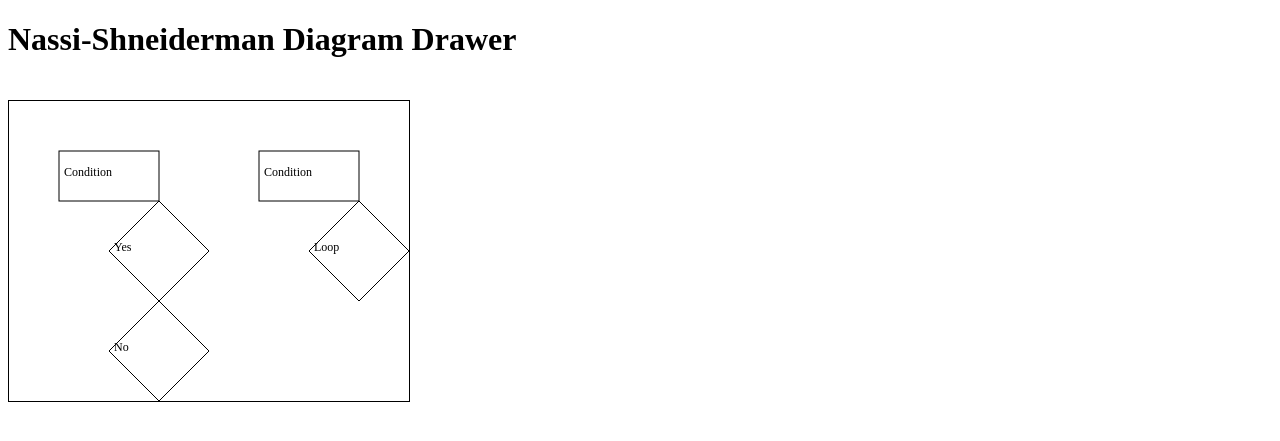
Repository: fabsch225/Nassi-Shneiderman-Compiler
Page: demo.html
The author's editor kept a copy of each file at every save. The page is drawn from the files as they stood at one save, then again after the next save.
The browser window is 1280 px wide. The pictures show the whole page.

Above is the page before, as saved 2024-05-15 21:02:34.

After the next save:
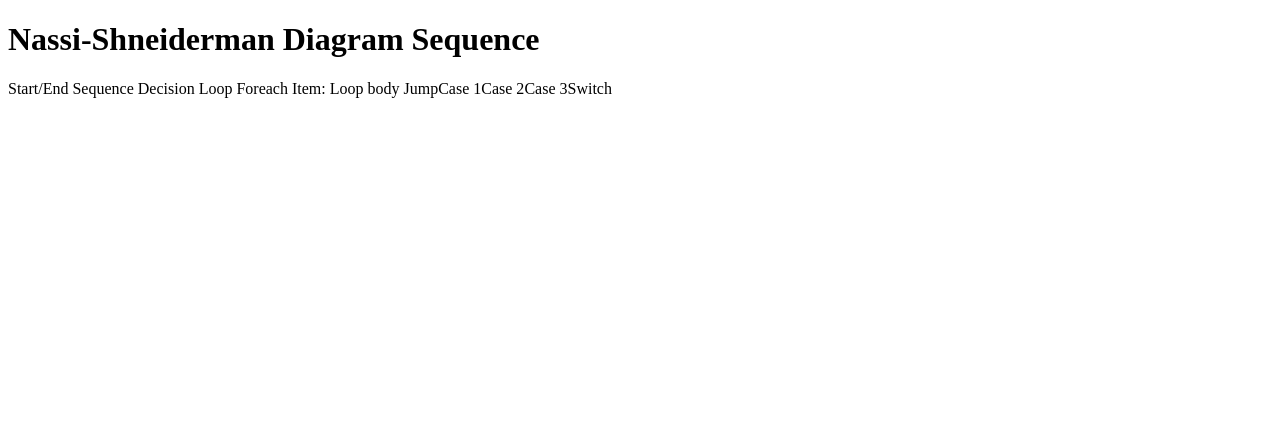
Saved 3 min 21 s later.
--- a/demo.html
+++ b/demo.html
@@ -3,7 +3,7 @@
 <head>
 <meta charset="UTF-8">
 <meta name="viewport" content="width=device-width, initial-scale=1.0">
-<title>Nassi-Shneiderman Diagram Drawer</title>
+<title>Nassi-Shneiderman Diagram Sequence</title>
 <style>
     svg {
         border: 1px solid black;
@@ -12,61 +12,93 @@
 </style>
 </head>
 <body>
-<h1>Nassi-Shneiderman Diagram Drawer</h1>
-<svg id="canvas" width="400" height="300"></svg>
+<h1>Nassi-Shneiderman Diagram Sequence</h1>
+<div id="canvas"></div>
+
 <script>
-    function drawBox(x, y, width, height, text) {
-        var rect = document.createElementNS("http://www.w3.org/2000/svg", "rect");
-        rect.setAttribute("x", x);
-        rect.setAttribute("y", y);
-        rect.setAttribute("width", width);
-        rect.setAttribute("height", height);
-        rect.setAttribute("stroke", "black");
-        rect.setAttribute("fill", "white");
-
-        var textElem = document.createElementNS("http://www.w3.org/2000/svg", "text");
-        textElem.setAttribute("x", x + 5);
-        textElem.setAttribute("y", y + height / 2);
-        textElem.setAttribute("font-size", "12px");
-        textElem.textContent = text;
-
-        var svg = document.getElementById('canvas');
-        svg.appendChild(rect);
-        svg.appendChild(textElem);
+    function createStartEndBlock(x, y, width, height) {
+        return `<rect x="${x}" y="${y}" width="${width}" height="${height}" stroke="black" fill="lightblue" />
+                <text x="${x + width / 2}" y="${y + height / 2}" font-size="14px" fill="black" text-anchor="middle">Start/End</text>`;
     }
 
-    function drawDiamond(x, y, width, height, text) {
-        var polygon = document.createElementNS("http://www.w3.org/2000/svg", "polygon");
-        var points = `${x},${y + height / 2} ${x + width / 2},${y} ${x + width},${y + height / 2} ${x + width / 2},${y + height}`;
-        polygon.setAttribute("points", points);
-        polygon.setAttribute("stroke", "black");
-        polygon.setAttribute("fill", "white");
-
-        var textElem = document.createElementNS("http://www.w3.org/2000/svg", "text");
-        textElem.setAttribute("x", x + 5);
-        textElem.setAttribute("y", y + height / 2);
-        textElem.setAttribute("font-size", "12px");
-        textElem.textContent = text;
-
-        var svg = document.getElementById('canvas');
-        svg.appendChild(polygon);
-        svg.appendChild(textElem);
+    function createSequenceBlock(x, y, width, height) {
+        return `<rect x="${x}" y="${y}" width="${width}" height="${height}" stroke="black" fill="lightgreen" />
+                <text x="${x + width / 2}" y="${y + height / 2}" font-size="14px" fill="black" text-anchor="middle">Sequence</text>`;
     }
 
-    function drawIfStatement(x, y) {
-        drawBox(x, y, 100, 50, 'Condition');
-        drawDiamond(x + 50, y + 50, 100, 100, 'Yes');
-        drawDiamond(x + 50, y + 150, 100, 100, 'No');
+    function createDecisionBlock(x, y, width, height) {
+        return `<polygon points="${x},${y + height / 2} ${x + width / 2},${y} ${x + width},${y + height / 2} ${x + width / 2},${y + height}" stroke="black" fill="lightyellow" />
+                <text x="${x + width / 2}" y="${y + height / 2}" font-size="14px" fill="black" text-anchor="middle">Decision</text>`;
     }
 
-    function drawWhileLoop(x, y) {
-        drawBox(x, y, 100, 50, 'Condition');
-        drawDiamond(x + 50, y + 50, 100, 100, 'Loop');
+    function createLoopBlock(x, y, width, height) {
+        return `<rect x="${x}" y="${y}" width="${width}" height="${height}" stroke="black" fill="lightcoral" />
+                <text x="${x + width / 2}" y="${y + height / 2}" font-size="14px" fill="black" text-anchor="middle">Loop</text>`;
     }
 
-    // Example usage
-    drawIfStatement(50, 50);
-    drawWhileLoop(250, 50);
+    function createForeachBlock(x, y, width, height) {
+        const textX = x + width / 2;
+        const textY = y + height / 2;
+        const lineHeight = 20;
+        const textIndent = 10;
+
+        return `<rect x="${x}" y="${y}" width="${width}" height="${height}" stroke="black" fill="lightpink" />
+                <text x="${textX}" y="${textY - lineHeight}" font-size="14px" fill="black" text-anchor="middle">Foreach</text>
+                <text x="${textX}" y="${textY}" font-size="14px" fill="black" text-anchor="middle">Item:</text>
+                <text x="${textX}" y="${textY + lineHeight}" font-size="14px" fill="black" text-anchor="middle" style="text-indent: ${textIndent}px;">Loop body</text>`;
+    }
+
+    function createJumpBlock(x, y, width, height) {
+        return `<rect x="${x}" y="${y}" width="${width}" height="${height}" stroke="black" fill="lightgrey" />
+                <text x="${x + width / 2}" y="${y + height / 2}" font-size="14px" fill="black" text-anchor="middle">Jump</text>`;
+    }
+
+    function createSwitchCaseBlock(x, y, width, height, cases) {
+        const caseHeight = height / (cases.length + 1);
+        let switchCaseSVG = `<rect x="${x}" y="${y}" width="${width}" height="${height}" stroke="black" fill="lightcyan" />`;
+
+        cases.forEach((item, index) => {
+            const caseY = y + caseHeight * (index + 1);
+            switchCaseSVG += `<text x="${x + width / 2}" y="${caseY}" font-size="14px" fill="black" text-anchor="middle">${item}</text>`;
+        });
+
+        switchCaseSVG += `<text x="${x + width / 2}" y="${y + 20}" font-size="14px" fill="black" text-anchor="middle">Switch</text>`;
+        return switchCaseSVG;
+    }
+
+    var svgContainer = document.getElementById('canvas');
+    const blockWidth = 200;
+    const blockHeight = 100;
+    const gap = 50;
+    let currentY = 10;
+
+    // Create Start/End Block
+    svgContainer.innerHTML += createStartEndBlock(10, currentY, blockWidth, blockHeight);
+    currentY += blockHeight + gap;
+
+    // Create Sequence Block
+    svgContainer.innerHTML += createSequenceBlock(10, currentY, blockWidth, blockHeight);
+    currentY += blockHeight + gap;
+
+    // Create Decision Block
+    svgContainer.innerHTML += createDecisionBlock(10, currentY, blockWidth, blockHeight);
+    currentY += blockHeight + gap;
+
+    // Create Loop Block
+    svgContainer.innerHTML += createLoopBlock(10, currentY, blockWidth, blockHeight);
+    currentY += blockHeight + gap;
+
+    // Create Foreach Block
+    svgContainer.innerHTML += createForeachBlock(10, currentY, blockWidth, blockHeight);
+    currentY += blockHeight + gap;
+
+    // Create Jump Block
+    svgContainer.innerHTML += createJumpBlock(10, currentY, blockWidth, blockHeight);
+    currentY += blockHeight + gap;
+
+    // Create Switch Case Block
+    svgContainer.innerHTML += createSwitchCaseBlock(10, currentY, blockWidth, blockHeight * 2, ['Case 1', 'Case 2', 'Case 3']);
+
 </script>
 </body>
 </html>
